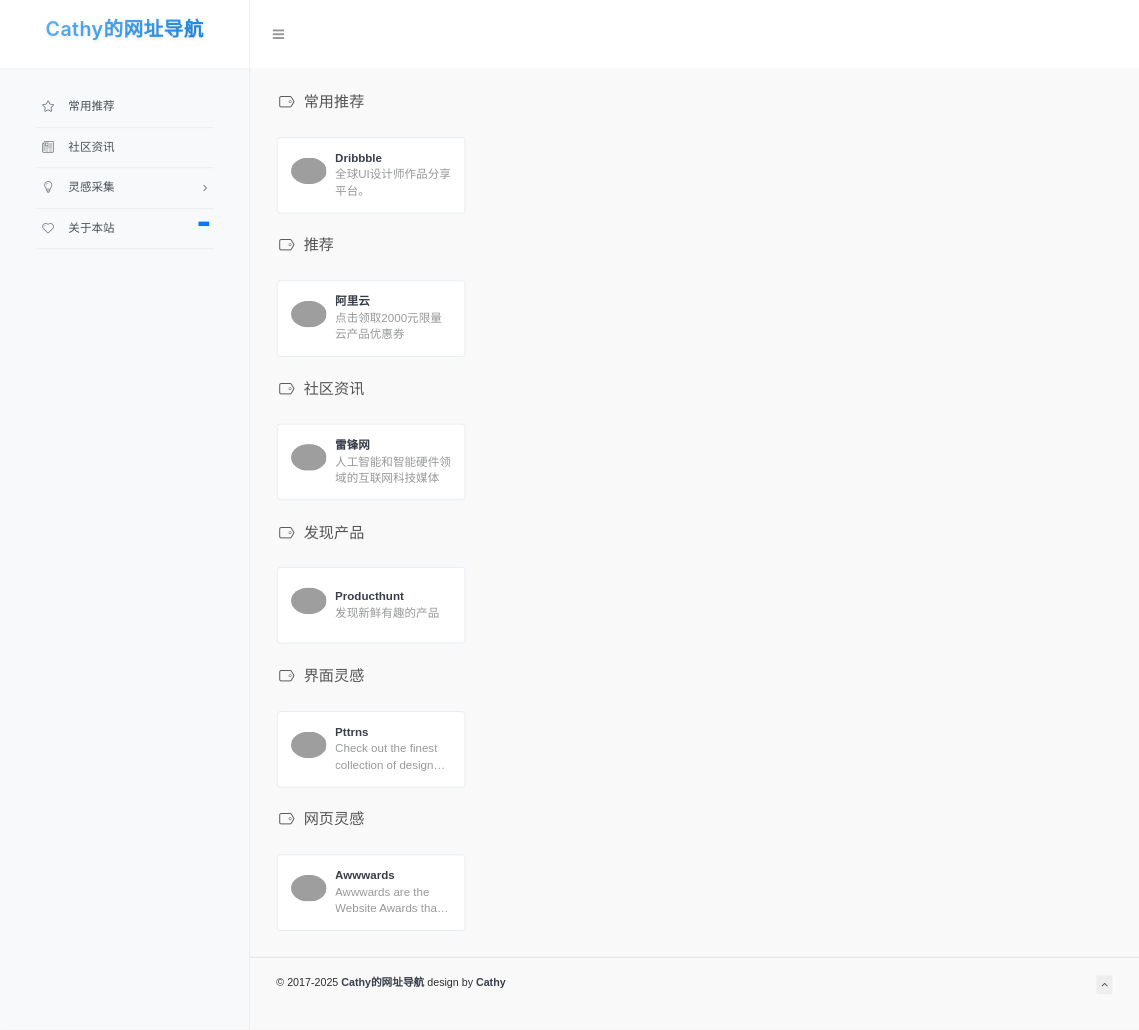
Repository: SweetPomelo0/AINav
Page: cn/index.html
The author's editor kept a copy of each file at every save. The page is drawn from the files as they stood at one save, then again after the next save.
The browser window is 1280 px wide. The pictures show the whole page, at 89% of full size.
Pictures or frames that could not be fetched are drawn as grey boxes.

Above is the page before, as saved 2025-07-24 22:09:18.

After the next save:
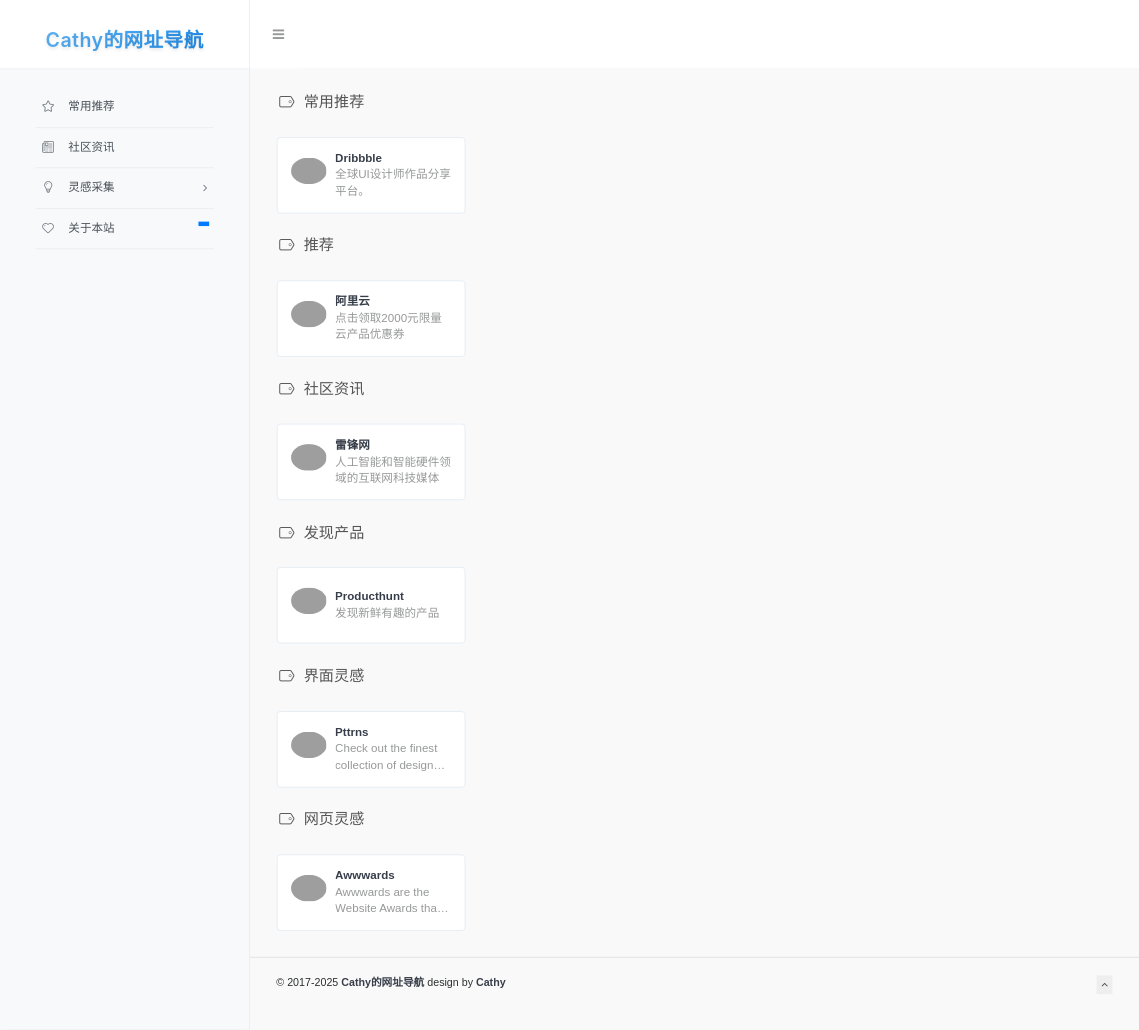
Saved 100 s later.
--- a/cn/index.html
+++ b/cn/index.html
@@ -49,6 +49,8 @@
         text-shadow: 0 2px 4px rgba(0,0,0,0.1);
         text-align: center;
         width: 100%;
+        /* 调整上下间距 */
+        padding: 12px 0;
       }
 
       .logo-title-collapsed {
